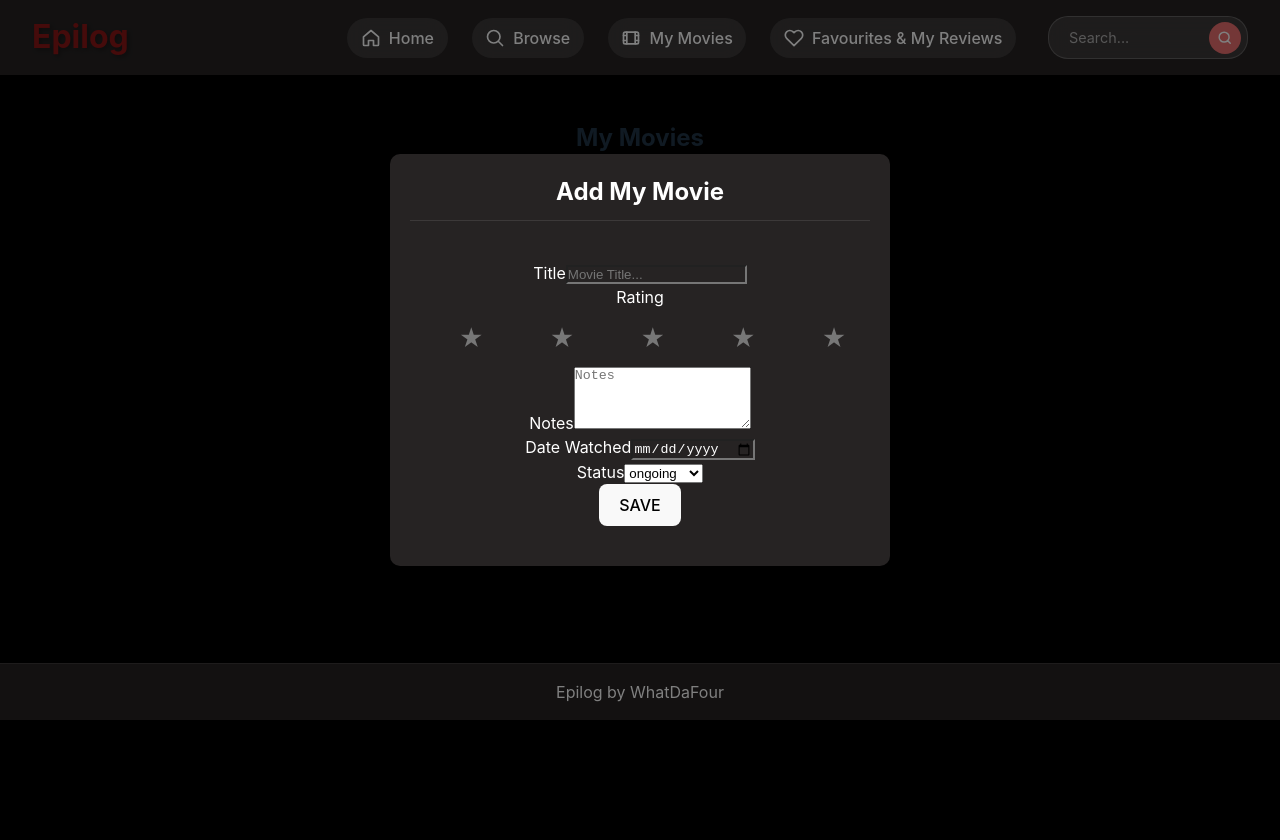
Repository: primcharlin/COMP3170_Epilog
Page: /my-movies, after clicking the first element matching `div.page-section > button`
These files come from the project's save history. The page is drawn as it stood at one moment and after the next save; the edit follows.
The browser window is 1280 px wide. The pictures show the whole page.
The project was rebuilt for these pictures with package versions that can differ from the ones it lists, and the page was loaded fresh each time. Also part of the build but not shown: vite.config.js, src/components/SearchBar.jsx, src/pages/Home.jsx, src/pages/Browse.jsx, src/pages/FavouritesReviews.jsx.

Above is the page before, as saved 2025-10-05 09:09:04.

### index.html
<!doctype html>
<html lang="en">
  <head>
    <meta charset="UTF-8" />
    <link rel="icon" type="image/svg+xml" href="/vite.svg" />
    <meta name="viewport" content="width=device-width, initial-scale=1.0" />
    <title>Epilog</title>
  </head>
  <body>
    <div id="root"></div>
    <script type="module" src="/src/main.jsx"></script>
  </body>
</html>

### src/App.jsx
import "./App.css";
import Header from "./components/Header";
import Footer from "./components/Footer";
import { BrowserRouter, Routes, Route } from "react-router-dom";
import Home from "./pages/Home";
import Browse from "./pages/Browse";
import MyMovies from "./pages/MyMovies";
import FavouritesReviews from "./pages/FavouritesReviews";

function App() {
    return (
        <BrowserRouter>
            <div className='page'>
                <Header />
                <Routes>
                    <Route
                        path='/'
                        element={<Home />}
                    />
                    <Route
                        path='/browse'
                        element={<Browse />}
                    />
                    <Route
                        path='/my-movies'
                        element={<MyMovies />}
                    />
                    <Route
                        path='/favourites-myreviews'
                        element={<FavouritesReviews />}
                    />
                </Routes>
                <Footer />
            </div>
        </BrowserRouter>
    );
}

export default App;

### src/App.css
#root {
    margin: 0;
    padding: 0;
    width: 100%;
    min-height: 100vh;
}

* {
    margin: 0;
    padding: 0;
    box-sizing: border-box;
}

body {
    margin: 0;
    padding-top: 120px; /* Add padding to account for fixed header */
    font-family: -apple-system, BlinkMacSystemFont, "Segoe UI", "Roboto",
        "Oxygen", "Ubuntu", "Cantarell", "Fira Sans", "Droid Sans",
        "Helvetica Neue", sans-serif;
    -webkit-font-smoothing: antialiased;
    -moz-osx-font-smoothing: grayscale;
    text-align: center;
    background-color: #000000;
    min-height: 100vh;
}

.page {
    min-height: calc(100vh - 120px); /* account for fixed header padding */
    display: flex;
    flex-direction: column;
}

/* Footer Styles */
.footer {
    margin-top: 4rem;
    background: #262323;
    color: white;
    padding: 1rem 2rem;
    text-align: center;
    border-top: 1px solid rgba(255, 255, 255, 0.1);
    margin-top: auto;
}

/* Header Styles */
.header {
    background: #262323;
    color: white;
    padding: 1rem 2rem;
    width: 100%;
    display: flex;
    flex-direction: row;
    justify-content: space-between;
    align-items: center;
    box-shadow: 0 2px 10px rgba(0, 0, 0, 0.1);
    position: fixed;
    top: 0;
    left: 0;
    z-index: 1000;
}

.header h1 {
    margin: 0;
    font-size: 2rem;
    font-weight: 700;
    color: #8b1616;
    text-shadow: 2px 2px 4px rgba(0, 0, 0, 0.3);
}

.header-right {
    display: flex;
    align-items: center;
    gap: 2rem;
}

.header nav ul {
    list-style: none;
    padding: 0;
    margin: 0;
    display: flex;
    gap: 1.5rem;
}

.header nav ul li a {
    color: white;
    text-decoration: none;
    font-weight: 500;
    padding: 0.5rem 0.85rem;
    border-radius: 25px;
    transition: all 0.3s ease;
    background: rgba(255, 255, 255, 0.1);
    backdrop-filter: blur(10px);
    display: inline-flex;
    align-items: center;
    gap: 0.5rem;
}

.header nav ul li a:hover {
    background: rgba(255, 255, 255, 0.2);
    transform: translateY(-2px);
    box-shadow: 0 4px 15px rgba(0, 0, 0, 0.2);
}

.header nav ul li a svg {
    width: 20px;
    height: 20px;
    color: currentColor;
}

/* Header Search Bar Styles */
.header-search-container {
    display: flex;
    align-items: center;
}

.header-search-form {
    width: 100%;
}

.header-search-wrapper {
    position: relative;
    display: flex;
    align-items: center;
    background: rgba(255, 255, 255, 0.1);
    border-radius: 20px;
    padding: 0.25rem 0.5rem;
    backdrop-filter: blur(10px);
    border: 1px solid rgba(255, 255, 255, 0.2);
    transition: all 0.3s ease;
    width: 200px;
    min-height: 36px;
}

.header-search-wrapper:focus-within {
    background: rgba(255, 255, 255, 0.15);
    border-color: #e96e6e;
    box-shadow: 0 0 10px rgba(233, 110, 110, 0.3);
}

.header-search-input {
    flex: 1;
    background: transparent;
    border: none;
    outline: none;
    color: white;
    font-size: 0.9rem;
    padding: 0.5rem 2.25rem 0.5rem 0.75rem; /* add right padding for button */
    font-family: inherit;
}

.header-search-input::placeholder {
    color: rgba(255, 255, 255, 0.6);
}

.header-search-button {
    position: absolute;
    right: 6px;
    top: 50%;
    transform: translateY(-50%);
    background: #e96e6e;
    border: none;
    border-radius: 999px;
    width: 32px;
    height: 32px;
    aspect-ratio: 1 / 1;
    padding: 0;
    display: flex;
    align-items: center;
    justify-content: center;
    cursor: pointer;
    transition: all 0.3s ease;
    color: white;
}

.header-search-button svg {
    width: 14px;
    height: 14px;
    color: inherit;
}
.header-search-button svg path {
    stroke: #ffffff;
    fill: none;
    stroke-width: 2.5;
}

.header-search-button:hover {
    background: #d55a5a;
}

.header-search-button:active {
    transform: scale(0.95);
}

h1 {
    margin-top: 4rem;
    font-size: 4rem;
    font-weight: 700;
    color: white;
    text-shadow: 2px 2px 4px rgba(0, 0, 0, 0.3);
    line-height: 1.2;
}

.catalog-text {
    color: #e96e6e;
}

h3 {
    margin-top: 2rem;
    font-size: 1.2rem;
    font-weight: 400;
    color: #aaaaaa;
    text-align: center;
    line-height: 1.6;
    max-width: 600px;
    margin-left: auto;
    margin-right: auto;
}

/* Search Bar Styles */
.search-bar-container {
    margin-top: 3rem;
    display: flex;
    justify-content: center;
    align-items: center;
}

.search-form {
    width: 100%;
    max-width: 500px;
}

.search-input-wrapper {
    position: relative;
    display: flex;
    align-items: center;
    background: rgba(255, 255, 255, 0.1);
    border-radius: 25px;
    padding: 0.5rem;
    backdrop-filter: blur(10px);
    border: 1px solid rgba(255, 255, 255, 0.2);
    transition: all 0.3s ease;
}

.search-input-wrapper:focus-within {
    background: rgba(255, 255, 255, 0.15);
    border-color: #e96e6e;
    box-shadow: 0 0 20px rgba(233, 110, 110, 0.3);
}

.search-input {
    flex: 1;
    background: transparent;
    border: none;
    outline: none;
    color: white;
    font-size: 1rem;
    padding: 0.75rem 1rem;
    font-family: inherit;
}

.search-input::placeholder {
    color: rgba(255, 255, 255, 0.6);
}

.search-button {
    background: #e96e6e;
    border: none;
    border-radius: 999px;
    width: 56px;
    height: 56px;
    display: flex;
    align-items: center;
    justify-content: center;
    cursor: pointer;
    transition: all 0.3s ease;
    color: white;
}

.search-button svg {
    width: 36px;
    height: 36px;
    color: inherit;
    display: block; /* avoid inline baseline shifting */
}
.search-button svg path {
    stroke: #ffffff;
    fill: none;
    stroke-width: 2.5;
}

.search-button:hover {
    background: #d55a5a;
    transform: scale(1.05);
}

.search-button:active {
    transform: scale(0.95);
}

/* Modal Styles */
.modal-backdrop {
    position: fixed;
    top: 0;
    left: 0;
    width: 100%;
    height: 100%;
    background-color: rgba(0, 0, 0, 0.5);
    display: flex;
    align-items: center;
    justify-content: center;
    z-index: 2000;
}

.modal-content {
    background-color: #262323;
    color: white;
    border-radius: 10px;
    padding: 20px;
    max-width: 500px;
    margin: 0 auto;
    width: 90%;
}

.modal-header {
    border-bottom: 1px solid rgba(255, 255, 255, 0.1);
    padding-bottom: 10px;
    margin-bottom: 20px;
}

.modal-body {
    padding: 20px;
}

/* Form Styles */
.form-container {
    display: flex;
    flex-direction: column;
    gap: 10px;
}

.form-control input {
    background-color: #262323;
    color: white;
}

### src/components/Header.jsx
import React from "react";
import { Link } from "react-router-dom";
import HeaderSearchBar from "./HeaderSearchBar";

const Header = () => {
    return (
        <header className='header'>
            <h1>Epilog</h1>
            <div className='header-right'>
                <nav>
                    <ul>
                        <li>
                            <Link to='/'>
                                {/* Home icon */}
                                <svg
                                    width='20'
                                    height='20'
                                    viewBox='0 0 24 24'
                                    fill='none'
                                    xmlns='http://www.w3.org/2000/svg'>
                                    <path
                                        d='M3 10.75L12 3l9 7.75V20a1 1 0 0 1-1 1h-5v-6H9v6H4a1 1 0 0 1-1-1v-9.25Z'
                                        stroke='currentColor'
                                        strokeWidth='2'
                                        strokeLinecap='round'
                                        strokeLinejoin='round'
                                    />
                                </svg>
                                <span>Home</span>
                            </Link>
                        </li>
                        <li>
                            <Link to='/browse'>
                                {/* Browse (search) */}
                                <svg
                                    width='20'
                                    height='20'
                                    viewBox='0 0 24 24'
                                    fill='none'
                                    xmlns='http://www.w3.org/2000/svg'>
                                    <path
                                        d='M21 21l-4.5-4.5M18 10.5a7.5 7.5 0 1 1-15 0 7.5 7.5 0 0 1 15 0Z'
                                        stroke='currentColor'
                                        strokeWidth='2'
                                        strokeLinecap='round'
                                        strokeLinejoin='round'
                                    />
                                </svg>
                                <span>Browse</span>
                            </Link>
                        </li>
                        <li>
                            <Link to='/my-movies'>
                                {/* My Movies (film) */}
                                <svg
                                    width='20'
                                    height='20'
                                    viewBox='0 0 24 24'
                                    fill='none'
                                    xmlns='http://www.w3.org/2000/svg'>
                                    <rect
                                        x='3'
                                        y='5'
                                        width='18'
                                        height='14'
                                        rx='2'
                                        stroke='currentColor'
                                        strokeWidth='2'
                                    />
                                    <path
                                        d='M7 5v14M17 5v14M3 9h4M17 9h4M3 15h4M17 15h4'
                                        stroke='currentColor'
                                        strokeWidth='2'
                                        strokeLinecap='round'
                                    />
                                </svg>
                                <span>My Movies</span>
                            </Link>
                        </li>
                        <li>
                            <Link to='/favourites-myreviews'>
                                {/* Favourites & My Reviews (heart) */}
                                <svg
                                    width='20'
                                    height='20'
                                    viewBox='0 0 24 24'
                                    fill='none'
                                    xmlns='http://www.w3.org/2000/svg'>
                                    <path
                                        d='M20.84 4.61a5.5 5.5 0 0 0-7.78 0L12 5.67l-1.06-1.06a5.5 5.5 0 0 0-7.78 7.78L12 21.23l8.84-8.84a5.5 5.5 0 0 0 0-7.78Z'
                                        stroke='currentColor'
                                        strokeWidth='2'
                                        strokeLinecap='round'
                                        strokeLinejoin='round'
                                    />
                                </svg>
                                <span>Favourites & My Reviews</span>
                            </Link>
                        </li>
                    </ul>
                </nav>
                <HeaderSearchBar />
            </div>
        </header>
    );
};

export default Header;

### src/components/Footer.jsx
import React from "react";

const Footer = () => {
    return (
        <footer className='footer'>
            <p>Epilog by WhatDaFour</p>
        </footer>
    );
};

export default Footer;

### src/pages/MyMovies.jsx
import React, { useState } from "react";
import Modal from "../components/Modal";
import AddMyMovie from "../components/AddMyMovie";

const MyMovies = () => {
    const [isAddModalOpen, setIsAddModalOpen] = useState(false);

    return (
        <div className='page-section'>
            <h2>My Movies</h2>
            <p>Your personal collection of watched movies.</p>
            <button onClick={() => setIsAddModalOpen(true)}>Add</button>

            <Modal
                isOpen={isAddModalOpen}
                onClose={() => setIsAddModalOpen(false)}
                title="Add My Movie"
            >
                <AddMyMovie />
            </Modal>
        </div>
    );
};

export default MyMovies;

### src/components/HeaderSearchBar.jsx
import React, { useState } from "react";

const HeaderSearchBar = () => {
    const [searchTerm, setSearchTerm] = useState("");

    const handleSearch = (e) => {
        e.preventDefault();
        console.log("Header search for:", searchTerm);
        // Add your search logic here
    };

    const handleInputChange = (e) => {
        setSearchTerm(e.target.value);
    };

    return (
        <div className='header-search-container'>
            <form
                onSubmit={handleSearch}
                className='header-search-form'>
                <div className='header-search-wrapper'>
                    <input
                        type='text'
                        placeholder='Search...'
                        value={searchTerm}
                        onChange={handleInputChange}
                        className='header-search-input'
                    />
                    <button
                        type='submit'
                        className='header-search-button'>
                        <svg
                            width='16'
                            height='16'
                            viewBox='0 0 24 24'
                            fill='none'
                            xmlns='http://www.w3.org/2000/svg'>
                            <path
                                d='M21 21L16.514 16.506L21 21ZM19 10.5C19 15.194 15.194 19 10.5 19C5.806 19 2 15.194 2 10.5C2 5.806 5.806 2 10.5 2C15.194 2 19 5.806 19 10.5Z'
                                stroke='currentColor'
                                strokeWidth='2'
                                strokeLinecap='round'
                                strokeLinejoin='round'
                            />
                        </svg>
                    </button>
                </div>
            </form>
        </div>
    );
};

export default HeaderSearchBar;

### src/components/Modal.jsx
import '../App.css'

function Modal({ isOpen, onClose, children, title }) {
  if (!isOpen) return null;

  return (
    <div className="modal-backdrop" onClick={onClose}>
      <div className="modal-content" onClick={(e) => e.stopPropagation()}>
        <div className="modal-header">
          <h2>{title}</h2>
        </div>
        <div className="modal-body">
          {children}
        </div>
      </div>
    </div>
  );
}

export default Modal;

### src/components/AddMyMovie.jsx
import React, { useState } from "react";

function AddMyMovie() {
    const [rating, setRating] = useState(0);

    const handleSetRating = (value) => {
        setRating(value);
    };

    return (
        <div className="form-container">
            <form>
                <div className="form-control">
                    <label htmlFor="title">Title</label>
                    <input type="text" name="title" placeholder="Movie Title..."/>
                </div>
                <div className="form-control">
                    <label htmlFor="rating">Rating</label>
                    <div role="radiogroup" aria-label="Rating" style={{ display: "flex", gap: "8px" }}>
                        {[1,2,3,4,5].map((star) => (
                            <button
                                key={star}
                                type="button"
                                aria-label={`${star} star${star > 1 ? "s" : ""}`}
                                onClick={() => handleSetRating(star)}
                                style={{
                                    background: "transparent",
                                    border: "none",
                                    cursor: "pointer",
                                    fontSize: "1.5rem",
                                    color: star <= rating ? "#e6b800" : "#777777"
                                }}
                            >
                                ★
                            </button>
                        ))}
                        <input type="hidden" name="rating" value={rating} />
                    </div>
                </div>
                <div className="form-control">
                    <label htmlFor="notes">Notes</label>
                    <textarea name="notes" placeholder="Notes" rows="4"/>
                </div>
                <div className="form-control">
                    <label htmlFor="date-watched">Date Watched</label>
                    <input type="date" name="date-watched"/>
                </div>
                <div className="form-control">
                    <label htmlFor="status">Status</label>
                    <select name="status" defaultValue="ongoing">
                        <option value="ongoing">ongoing</option>
                        <option value="complete">complete</option>
                        <option value="cancelled">cancelled</option>
                    </select>
                </div>
                <button className="save">SAVE</button>
            </form>
        </div>
    );
}

export default AddMyMovie;

Loaded but not shown: src/main.jsx (common file); src/index.css (common file)

After the next save:
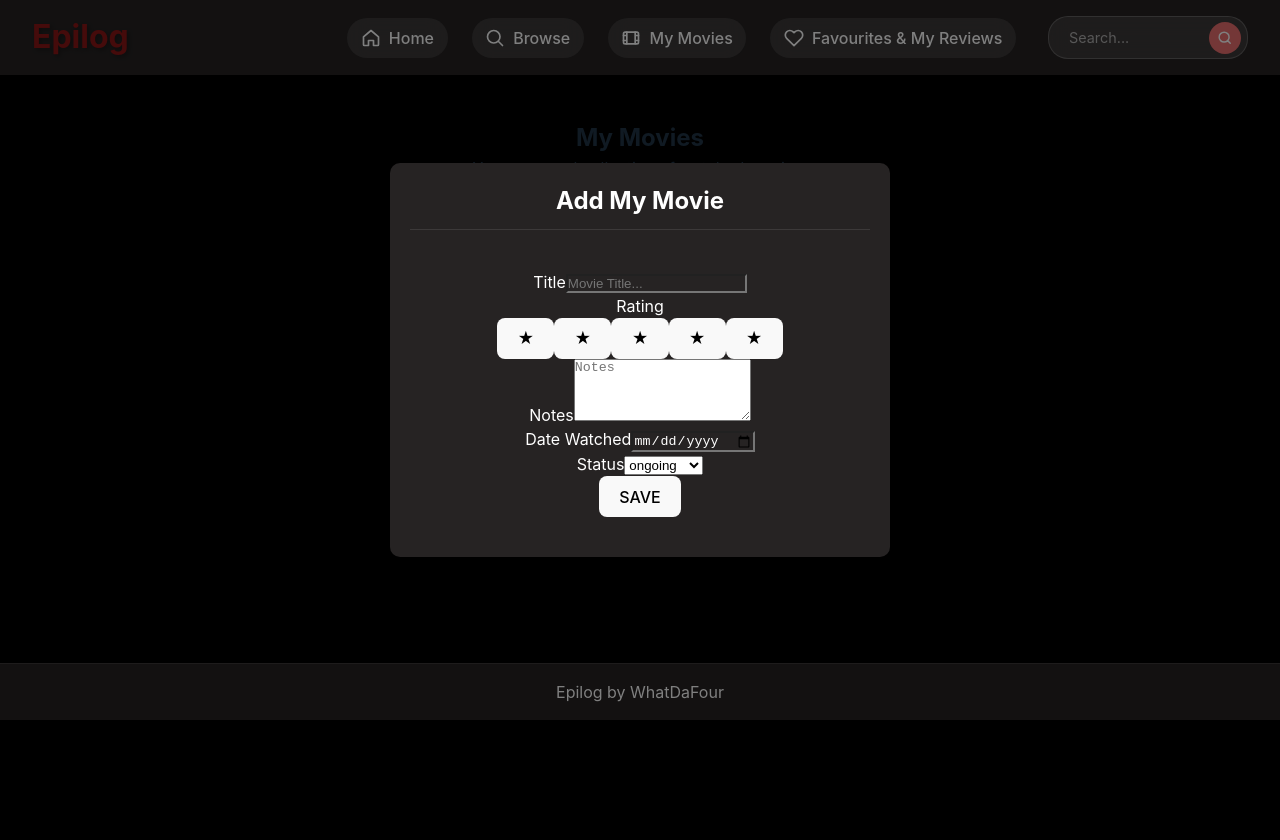
Saved 5 min 40 s later.
--- a/src/components/AddMyMovie.jsx
+++ b/src/components/AddMyMovie.jsx
@@ -16,20 +16,14 @@ function AddMyMovie() {
                 </div>
                 <div className="form-control">
                     <label htmlFor="rating">Rating</label>
-                    <div role="radiogroup" aria-label="Rating" style={{ display: "flex", gap: "8px" }}>
+                    <div role="radiogroup" aria-label="Rating" className="rating-group">
                         {[1,2,3,4,5].map((star) => (
                             <button
                                 key={star}
                                 type="button"
                                 aria-label={`${star} star${star > 1 ? "s" : ""}`}
                                 onClick={() => handleSetRating(star)}
-                                style={{
-                                    background: "transparent",
-                                    border: "none",
-                                    cursor: "pointer",
-                                    fontSize: "1.5rem",
-                                    color: star <= rating ? "#e6b800" : "#777777"
-                                }}
+                                className={`rating-star ${star <= rating ? "active" : ""}`}
                             >
                                 ★
                             </button>
